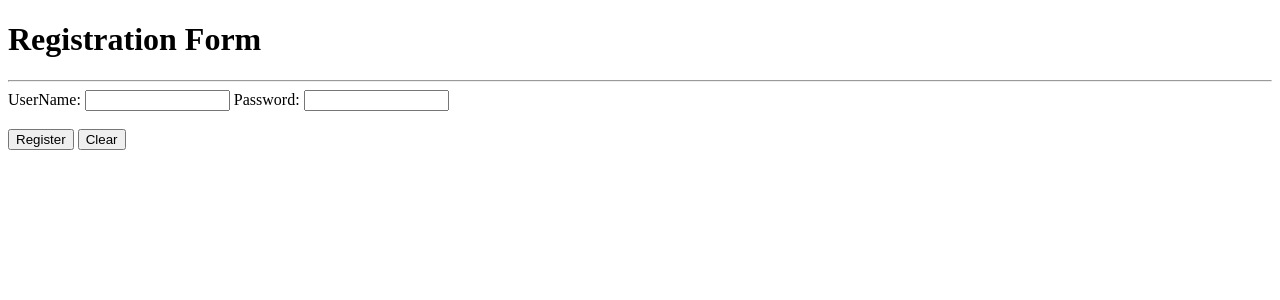
Repository: vanarla/Day8
Page: LoginApp/WebContent/registration.html
The author's editor kept a copy of each file at every save. The page is drawn from the files as they stood at one save, then again after the next save.
The browser window is 1280 px wide. The pictures show the whole page.

Above is the page before, as saved 2018-09-05 10:21:17.

### LoginApp/WebContent/registration.html
<!DOCTYPE html>
<html>
<head>
<meta charset="ISO-8859-1">
<title>Registration Page</title>
</head>
<body>
<h1>Registration Form</h1>
<hr>
<form action="register" method="post">

<label>UserName:</label>
<input type="text" name="username" size="15"/>
<label>Password:</label>
<input type="text" name="password" size="15"/>
<br><br>
<input type="submit" value="Register"/>
<input type="reset" value="Clear"/>

</form>
</body>
</html>

After the next save:
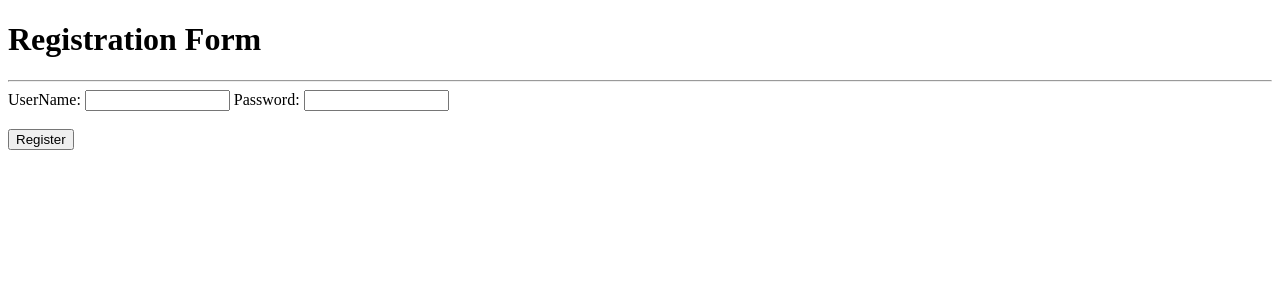
Saved 55 s later.
--- a/LoginApp/WebContent/registration.html
+++ b/LoginApp/WebContent/registration.html
@@ -15,7 +15,7 @@
 <input type="text" name="password" size="15"/>
 <br><br>
 <input type="submit" value="Register"/>
-<input type="reset" value="Clear"/>
+<!-- <input type="reset" value="Clear"/> -->
 
 </form>
 </body>

After the save that followed:
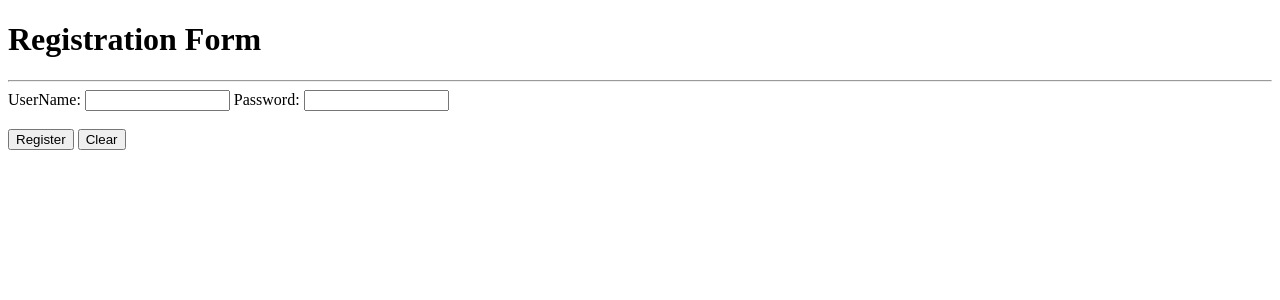
Saved 3 min 53 s later.
--- a/LoginApp/WebContent/registration.html
+++ b/LoginApp/WebContent/registration.html
@@ -15,7 +15,7 @@
 <input type="text" name="password" size="15"/>
 <br><br>
 <input type="submit" value="Register"/>
-<!-- <input type="reset" value="Clear"/> -->
+<input type="reset" value="Clear"/>
 
 </form>
 </body>
